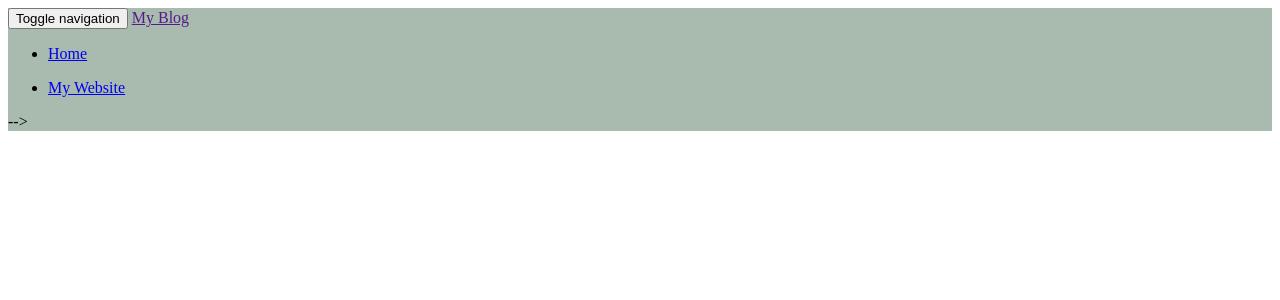
Repository: AnnieFisher/blog
Page: BlogMVC/WebContent/nav.html
These files come from the project's save history. The page is drawn as it stood at one moment and after the next save; the edit follows.
The browser window is 1280 px wide. The pictures show the whole page.

Above is the page before, as saved 2016-12-19 07:24:43.

### BlogMVC/WebContent/nav.html
<div ng-controller="postsController">
	<div class="container">
      <!-- Static navbar -->
      <nav class="navbar navbar-fixed-top" style="background-color: #a8bbae;">
        <div class="container-fluid">
          <div class="navbar-header">
            <button type="button" class="navbar-toggle collapsed" data-toggle="collapse" data-target="#navbar" aria-expanded="false" aria-controls="navbar">
              <span class="sr-only">Toggle navigation</span>
              <span class="icon-bar"></span>
              <span class="icon-bar"></span>
              <span class="icon-bar"></span>
            </button>
            <a class="navbar-brand" href="">My Blog</a>
          </div>
          <div id="navbar" class="navbar-collapse collapse">
            <ul class="nav navbar-nav">
              <li class="active"><a href="#/posts">Home</a></li>
            </ul>
            <ul class="nav navbar-nav navbar-right">
            <li><a href="http://annielynnfisher.com">My Website</a></li>
            </ul> -->
          </div><!--/.nav-collapse -->
        </div><!--/.container-fluid -->
      </nav>
      </div>
 </div>

After the next save:
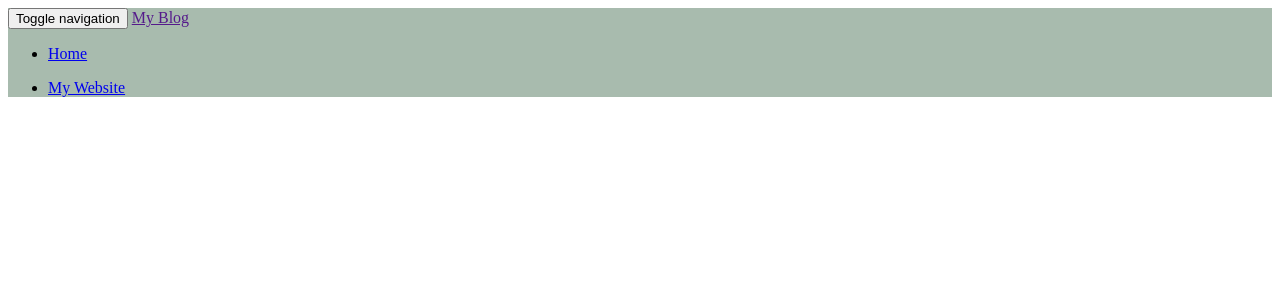
Saved 14 s later.
--- a/BlogMVC/WebContent/nav.html
+++ b/BlogMVC/WebContent/nav.html
@@ -18,7 +18,7 @@
             </ul>
             <ul class="nav navbar-nav navbar-right">
             <li><a href="http://annielynnfisher.com">My Website</a></li>
-            </ul> -->
+            </ul>
           </div><!--/.nav-collapse -->
         </div><!--/.container-fluid -->
       </nav>
